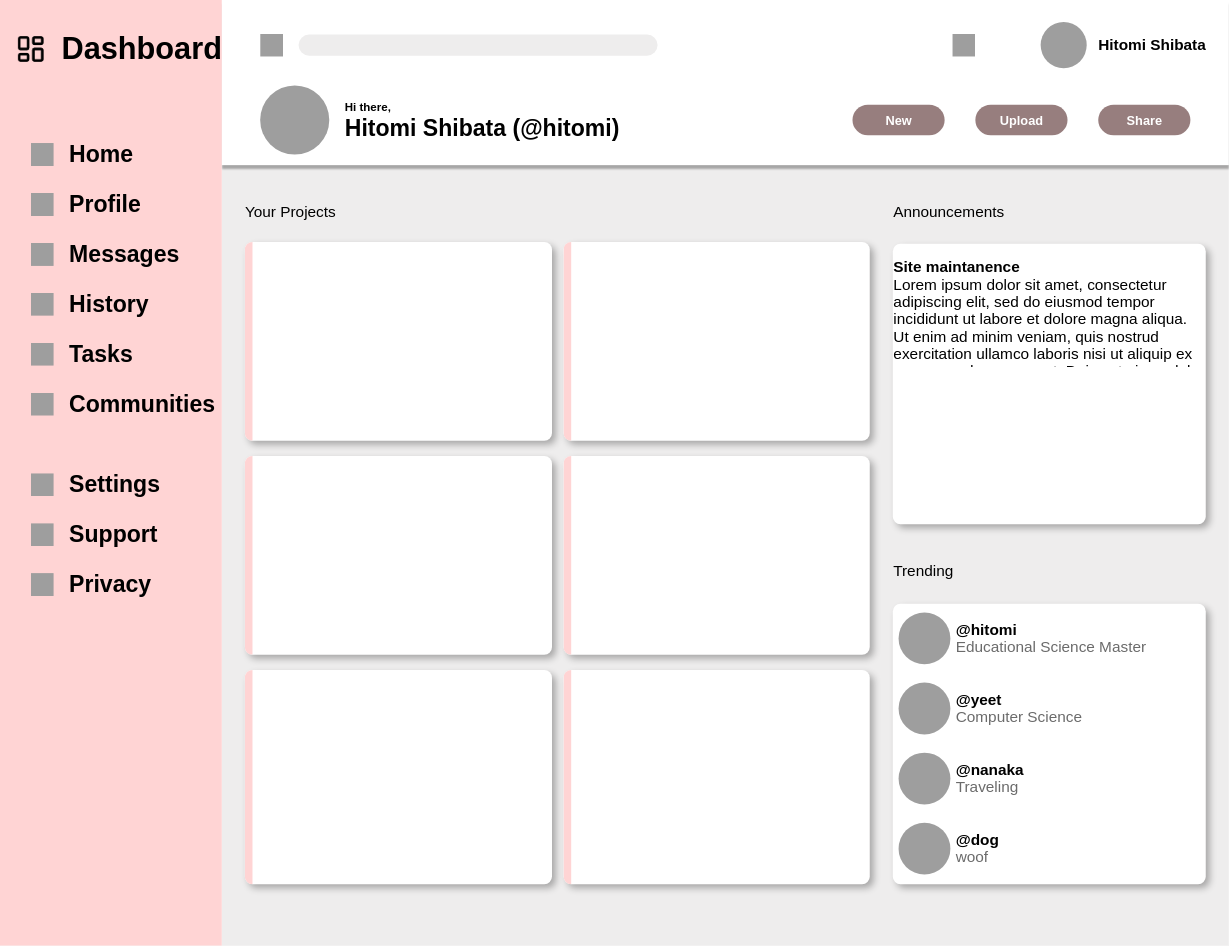
Repository: yeetzpxoci/dashboard
Page: index.html
These files come from the project's save history. The page is drawn as it stood at one moment and after the next save; the edit follows.
The browser window is 1280 px wide. The pictures show the whole page, at 96% of full size.
Pictures or frames that could not be fetched are drawn as grey boxes.

Above is the page before, as saved 2023-02-19 13:58:15.

### index.html
<!DOCTYPE html>
<html lang="en">
<head>
    <meta charset="UTF-8">
    <meta http-equiv="X-UA-Compatible" content="IE=edge">
    <meta name="viewport" content="width=device-width, initial-scale=1.0">
    <link rel="stylesheet" type="text/css" href="styles.css" />
    <title>Dashboard</title>
</head>
<body>
    <div class="sidebar">
        <div class="logo">
            <img src="dashboard-layout.png">
            <p>Dashboard</p>
        </div>

        <div class="icon-container1">
            <div class="icon">
                <img src="https://cdn-icons-png.flaticon.com/512/25/25694.png">
                <p>Home</p>
            </div>

            <div class="icon">
                <img src="https://cdn-icons-png.flaticon.com/512/6522/6522516.png">
                <p>Profile</p>
            </div>

            <div class="icon">
                <img src="https://cdn-icons-png.flaticon.com/512/739/739286.png">
                <p>Messages</p>
            </div>

            <div class="icon">
                <img src="https://cdn-icons-png.flaticon.com/512/32/32223.png">
                <p>History</p>
            </div>

            <div class="icon">
                <img src="https://www.svgrepo.com/show/79174/task-list.svg">
                <p>Tasks</p>
            </div>

            <div class="icon">
                <img src="https://icons.veryicon.com/png/o/business/classic-icon/community-12.png">
                <p>Communities</p>
            </div>
        </div>

        <div class="icon-container2">
            <div class="icon">
                <img src="https://cdn-icons-png.flaticon.com/512/126/126472.png">
                <p>Settings</p>
            </div>

            <div class="icon">
                <img src="https://upload.wikimedia.org/wikipedia/commons/thumb/1/17/FAQ_icon_%28Noun_like%29.svg/1255px-FAQ_icon_%28Noun_like%29.svg.png">
                <p>Support</p>
            </div>

            <div class="icon">
                <img src="https://cdn-icons-png.flaticon.com/512/4104/4104794.png">
                <p>Privacy</p>
            </div>
        </div>
    </div>

    <div class="header">
        <div class="search">
            <img src="https://cdn-icons-png.flaticon.com/512/3917/3917754.png">
            <input class="search-bar">
        </div>

        <img class="notification_icon" src="https://cdn-icons-png.flaticon.com/512/565/565422.png">

        <div class="profile-pic">
        </div>

        <p>Hitomi Shibata</p>

        <div class="user-info">
            <div class="profile-pic">
            </div>
            <p id="losinfo">
                <span style="font-size:12px;">Hi there,</span>
                <br>
                <span style="font-size:24px;">Hitomi Shibata (@hitomi)</span>
            </p>
        </div>
        <button>New</button>
        <button>Upload</button>
        <button>Share</button>
    </div>
    <div class="main-content">
        <div class="projects">
            <p>Your Projects</p>
            <p></p>

            <div class="project">
                <div class="line">
                </div>
            </div>

            <div class="project">
                <div class="line">
                </div>
            </div>

            <div class="project">
                <div class="line">
                </div>
            </div>

            <div class="project">
                <div class="line">
                </div>
            </div>

            <div class="project">
                <div class="line">
                </div>
            </div>

            <div class="project">
                <div class="line">
                </div>
            </div>
        </div>
        <div class="announcements-container">
            <p>Announcements</p>
            <div class="announcements">
                <p>
                    <span style="font-weight: bold;">
                        Site maintanence
                    </span>
                    <br>
                    <span>
                        Lorem ipsum dolor sit amet, consectetur adipiscing elit, sed do eiusmod tempor incididunt ut labore et dolore magna
                        aliqua. Ut enim ad minim veniam, quis nostrud exercitation ullamco laboris nisi ut aliquip ex ea commodo consequat. Duis
                        aute irure dolor in reprehenderit in voluptate velit esse cillum dolore eu fugiat nulla pariatur. Excepteur sint
                        occaecat cupidatat non proident, sunt in culpa qui officia deserunt mollit anim id est laborum.
                    </span>
                </p>
            </div>
        </div>
        <div class="trending-container">
            <p>Trending</p>
            <div class="trending">
                <div class="trend">
                    <div class="profile-pic">
                    </div>
                    <p>
                    <span class="tag">@hitomi</span> <br>
                    <span class="occupation">Educational Science Master</span>
                    </p>
                </div>
                <div class="trend">
                    <div class="profile-pic">
                    </div>
                    <p>
                        <span class="tag">@yeet</span> <br>
                        <span class="occupation">Computer Science</span>
                    </p>
                </div>
                <div class="trend">
                    <div class="profile-pic">
                    </div>
                    <p>
                        <span class="tag">@nanaka</span> <br>
                        <span class="occupation">Traveling</span>
                    </p>
                </div>
                <div class="trend">
                    <div class="profile-pic">
                    </div>
                    <p>
                        <span class="tag">@dog</span> <br>
                        <span class="occupation">woof</span>
                    </p>
                </div>
            </div>
        </div>
    </div>
</body>
</html>

### styles.css
html,
body {
    margin: 0;
    padding: 0;
    height: 100%;
}

body {
    min-height: 100vh;
    display: grid;
    grid-template-columns: 1fr 5fr;
    grid-template-rows: 1fr 4fr;
    font-family: Arial, Helvetica, sans-serif;
}

.sidebar {
    background-color: #FFD4D4;
    grid-column: 1 / 2;
    grid-row: 1 / 3;
    display: grid;
    grid-template-rows: 0.75fr 2fr 1fr 2fr;
    padding-left: 16px;
    gap: 32px;
    z-index: 2;
}

.icon-container1 {
    display: flex;
    flex-direction: column;
}

.icon-container2 {
    display: flex;
    flex-direction: column;
}

.logo, .icon {
    display: flex;
    align-items: center;
    font-weight: bold;
    gap: 16px;
}

.logo {
    font-size: 32px;
    align-self: baseline;
}

.icon {
    margin-top: -24px;
    font-size: 24px;
    margin-left: 16px;
}

.logo img {
    width: 32px;
    height: 32px;
}

.icon img {
    width: 24px;
    height: 24px;
}


.header {
    background-color: white;
    grid-column: 2 / 3;
    grid-row: 1 / 2;
    display: grid;
    grid-template-columns: 13fr 1fr 1fr 2fr;
    grid-template-rows: 1fr 1fr;
    padding-right: 24px;
    box-shadow: 0px 4px 2px rgb(0, 0, 0, 0.3);
    z-index: 1;
    padding: 8px;
}

.search {
    display: flex;
    justify-content: flex-start;
    align-items: center;
    gap: 16px;
    margin-left: 32px;
}

.search img{
    width: 24px;
    height: 24px;
}

.search input {
    width: 60%;
    border-radius: 12px;
    border-width: 0px;
    background-color: #eeeded;
    height: 25%;
}

.notification_icon {
    width: 24px;
    height: 24px;
    align-self: center;
    justify-self: end;
}

.profile-pic {
    border-radius: 50%;
    background-image: url("https://i.pinimg.com/originals/49/c0/e8/49c0e871fbe0be71396aa94fe1d93ddc.jpg");
    background-position: center;
    background-size: cover;
    background-repeat: no-repeat;
    overflow: hidden;
}

.header > .profile-pic {
    width: 48px;
    height: 48px;
    align-self: center;
    justify-self: end;
    margin-right: 12px;
}

.user-info {
    display: flex;
    gap: 16px;
}

.user-info > .profile-pic {
    width: 72px;
    height: 72px;
    margin-left: 32px;
    align-self: center;
}

.header p {
    align-self: center;
    font-weight: bolder;
    justify-self: baseline;
}

button {
    height: 40%;
    width: 96px;
    align-self: center;
    justify-self: baseline;
    background-color: #977e7e;
    border-radius: 24px;
    border-width: 0px;
    color: white;
    margin-right: 32px;
    font-weight: bold;
}

.main-content {
    background-color: #eeeded;
    grid-column: 2 / 3;
    grid-row: 2 / 3;
    padding-left: 24px;
    padding-right: 24px;
    padding-top: 24px;
    padding-bottom: 64px;
    display: grid;
    grid-template-columns: 2fr 1fr;
    grid-template-rows: 1fr 1fr     ;
    gap: 24px;
}

.projects {
    width: 100%;
    display: grid;
    grid-template-columns: repeat(2, 1fr);
    grid-template-rows: 1fr 4fr 4fr 4fr;
    grid-gap: 0px 12px;
    grid-column: 1 / 2;
    grid-row: 1 / 3;
}

.project {
    background-color: white;
    border-radius: 8px;
    box-shadow: 4px 4px 8px rgb(0, 0, 0, 0.3);
    overflow: hidden;
}

.project:nth-child(3), .project:nth-child(4), .project:nth-child(5), .project:nth-child(6) {
    margin-bottom: 16px;
}

.line {
    background-color: #FFD4D4;
    width: 2.5%;
    height: 100%;
}


.announcements-container {
    width: 100%;
    height: 100%;
    display: grid;
    grid-template-rows: 1fr 5fr;
    grid-row: 1 / 2;
}

.announcements {
    width: 100%;
    height: 100%;
    background-color: white;
    border-radius: 8px;
    box-shadow: 4px 4px 8px rgb(0, 0, 0, 0.3);
    display: grid;
    grid-template-rows: 144px 2px 72px 2px 72px;
}

.announcements p {
    overflow: auto;
}



.trending-container {
    width: 100%;
    height: 100%;
    display: grid;
    grid-row: 2 / 3;
    grid-template-rows: 1fr 5fr;
}

.trending {
    width: 100%;
    height: 100%;
    display: grid;
    grid-template-rows: 1fr 1fr 1fr;
    background-color: white;
    border-radius: 8px;
    box-shadow: 4px 4px 8px rgb(0, 0, 0, 0.3);
    grid-template-rows: 1fr 1fr 1fr 1fr;
}

.trend {
    display: grid;
    grid-template-columns: 1fr 4fr;
    align-items: center;
}

.trend>.profile-pic {
    width: 54px;
    height: 54px;
    justify-self: center;
}

.trend:nth-child(2) > .profile-pic {
    background-image: url("https://i.pinimg.com/736x/4f/7e/f5/4f7ef5f81ca49f259e9cbfd3852907ef.jpg");
}

.trend:nth-child(3)>.profile-pic {
    background-image: url("https://c4.wallpaperflare.com/wallpaper/531/1007/739/dogs-funny-puppies-shiba-inu-1067x853-animals-dogs-hd-art-wallpaper-preview.jpg");
}

.trend:nth-child(4)>.profile-pic {
    background-image: url("https://preview.redd.it/dmpz8m79juy61.jpg?auto=webp&s=dfe23515a2344903a0aaa0ddb53cea3ec666cb84");
}

.tag {
    font-weight: bolder;
}

.occupation {
    color: #6b6b6b;
}

After the next save:
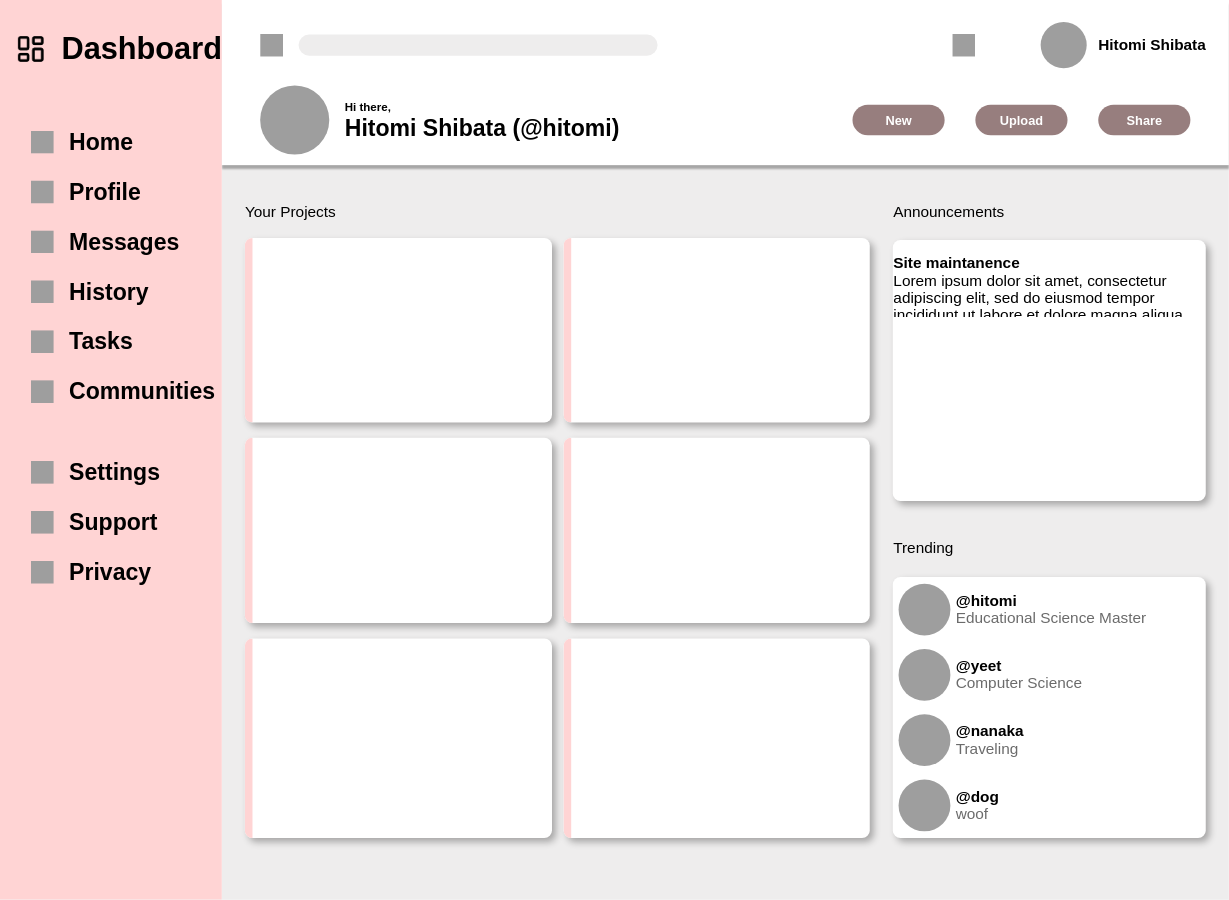
Saved 4 s later.
--- a/styles.css
+++ b/styles.css
@@ -209,7 +209,7 @@ button {
     border-radius: 8px;
     box-shadow: 4px 4px 8px rgb(0, 0, 0, 0.3);
     display: grid;
-    grid-template-rows: 144px 2px 72px 2px 72px;
+    grid-template-rows: 96px 2px 72px 2px 72px;
 }
 
 .announcements p {
